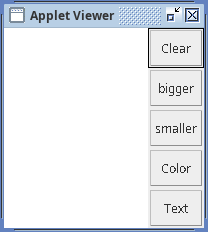
Repository: EnjoyWorkTrue/Spring2014
Program's window: java CMP342/Assignment2/project1/Drwing.java
These files come from the project's save history. The program's window is drawn as it stood at one moment and after the next save; the edit follows.
It runs on Java 21 on a 1366 x 768 screen with the Metal look.

Above is the program's window before, as saved 2014-02-25 02:37:54.

### CMP342/Assignment2/project1/Drwing.java
package project1;
import java.applet.Applet;
import java.awt.BorderLayout;
import java.awt.Frame;

public class Drwing extends Applet{

buttonPanel btn = new buttonPanel();
WhiteBoard wb = new WhiteBoard();

public void init() {




	setLayout(new BorderLayout());
    add(btn,BorderLayout.EAST);
    add(wb,BorderLayout.CENTER);

    System.out.println(getX());
    System.out.println(getY());


}





}

### CMP342/Assignment2/project1/buttonPanel.java
package project1;

import java.applet.Applet;
import java.awt.Button;
import java.awt.Color;
import java.awt.Graphics;
import java.awt.GridLayout;
import java.awt.Panel;
import java.awt.event.ActionEvent;
import java.awt.event.ActionListener;

import javax.swing.JColorChooser;

public class buttonPanel extends Panel implements ActionListener{


buttonPanel(){
		setLayout(new GridLayout(5,1));
		Button btn = new Button("Clear");
		Button btn1 = new Button("bigger");
		Button btn2 = new Button("smaller");
		Button btn3 = new Button("Color");
		Button btn4 = new Button("Text");
		add(btn);
		add(btn1);
		add(btn2);
		add(btn3);
		add(btn4);
		btn.addActionListener(this);
		btn1.addActionListener(this);
		btn2.addActionListener(this);
		btn3.addActionListener(this);
		btn4.addActionListener(this);
	}


	@Override
	public void actionPerformed(ActionEvent e) {
		if(e.getActionCommand()=="Clear"){


		}
		if(e.getActionCommand()=="bigger"){
			WhiteBoard.bigger();
		}
		if(e.getActionCommand()=="smaller")
		{
			WhiteBoard.smaller();
		}
		if(e.getActionCommand()=="Color"){
			WhiteBoard.changeColor(JColorChooser.showDialog(this,"CHOOSE",WhiteBoard.getColor()));
			//x.changeColor(JColorChooser.showDialog(this,"CHOOSE",Color.red));
		}
		if(e.getActionCommand()=="Text"){
			WhiteBoard.chageTextColor(JColorChooser.showDialog(this,"CHOOSE",WhiteBoard.getColor()));
		}

	}



}

### CMP342/Assignment2/project1/WhiteBoard.java
package project1;

import java.applet.Applet;
import java.awt.Color;
import java.awt.Font;
import java.awt.FontMetrics;
import java.awt.Graphics;
import java.awt.Panel;
import java.awt.event.KeyEvent;
import java.awt.event.KeyListener;
import java.awt.event.MouseEvent;
import java.awt.event.MouseListener;
import java.awt.event.MouseMotionListener;

public class WhiteBoard extends Panel implements MouseMotionListener,MouseListener,KeyListener{
	private static Color drawColor = Color.black;
	private static Color textColor = Color.black;
	protected FontMetrics fm;
	static int size = 30;
	private int thisx;
	private int thisy;

	public static MouseEvent a;

	public WhiteBoard(){
		Font font = new Font("Serif", Font.BOLD, 20);
		fm = getFontMetrics(font);
		setFont(font);
		setBackground(Color.white);
		setForeground(drawColor);
		addKeyListener(this);
	    addMouseMotionListener(this);
	    addMouseListener(this);
	}

	@Override
	public void mouseDragged(MouseEvent e) {
		int x = e.getX();
		int y = e.getY();
		Graphics g = getGraphics();
		g.setColor(drawColor);
		g.fillOval(x, y, size, size);
		recordPosition(x,y);

	}
private void recordPosition(int x, int y) {
		thisx = x;
		thisy = y;

	}
	@Override
	public void mousePressed(MouseEvent e) {
		this.a = e;
	}

	public static void bigger(){
		size+=5;
	}
	public static void smaller(){
		size-=5;
	}

	public static void changeColor(Color s){
		drawColor=s;
	}

	public static Color getColor() {
		// TODO Auto-generated method stub
		return drawColor;
	}
	@Override
	public void mouseClicked(MouseEvent e) {
		thisx = e.getX();
		thisy = e.getY();


	}
	@Override
	public void mouseReleased(MouseEvent e) {

		System.out.println("mouseReleased");

	}
	@Override
	public void mouseEntered(MouseEvent e) {
		// TODO Auto-generated method stub

	}
	@Override
	public void mouseExited(MouseEvent e) {
		// TODO Auto-generated method stub

	}
	@Override
	public void mouseMoved(MouseEvent e) {
		// TODO Auto-generated method stub

	}
	@Override
	public void keyTyped(KeyEvent e) {

	}
	@Override
	public void keyPressed(KeyEvent e) {
		String s = String.valueOf(e.getKeyChar());
		Graphics g = getGraphics();
		g.setColor(textColor);
		g.drawString(s,thisx,thisy);
		this.recordPosition(thisx+fm.stringWidth(s), thisy);

	}
	@Override
	public void keyReleased(KeyEvent e) {
		// TODO Auto-generated method stub

	}

	public static Color getTextColor() {
		// TODO Auto-generated method stub
		return textColor;
	}

	public static void chageTextColor(Color chooseColor) {
		textColor=chooseColor;

	}


}

After the next save:
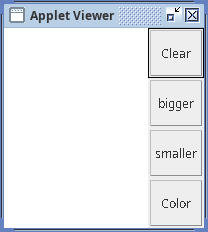
Saved 3 min 42 s later.
--- a/CMP342/Assignment2/project1/buttonPanel.java
+++ b/CMP342/Assignment2/project1/buttonPanel.java
@@ -15,29 +15,28 @@
 
 
 buttonPanel(){
-		setLayout(new GridLayout(5,1));
+		setLayout(new GridLayout(4,1));
 		Button btn = new Button("Clear");
 		Button btn1 = new Button("bigger");
 		Button btn2 = new Button("smaller");
 		Button btn3 = new Button("Color");
-		Button btn4 = new Button("Text");
 		add(btn);
 		add(btn1);
 		add(btn2);
 		add(btn3);
-		add(btn4);
 		btn.addActionListener(this);
 		btn1.addActionListener(this);
 		btn2.addActionListener(this);
 		btn3.addActionListener(this);
-		btn4.addActionListener(this);
 	}
 
 
 	@Override
 	public void actionPerformed(ActionEvent e) {
 		if(e.getActionCommand()=="Clear"){
+			Applet app = (Applet) Drwing.getSize();
 
+			g.fillRect(0, 0,app.getSize().width,app.getSize().height);
 
 		}
 		if(e.getActionCommand()=="bigger"){
@@ -50,9 +49,8 @@
 		if(e.getActionCommand()=="Color"){
 			WhiteBoard.changeColor(JColorChooser.showDialog(this,"CHOOSE",WhiteBoard.getColor()));
 			//x.changeColor(JColorChooser.showDialog(this,"CHOOSE",Color.red));
-		}
-		if(e.getActionCommand()=="Text"){
-			WhiteBoard.chageTextColor(JColorChooser.showDialog(this,"CHOOSE",WhiteBoard.getColor()));
+
+
 		}
 
 	}
